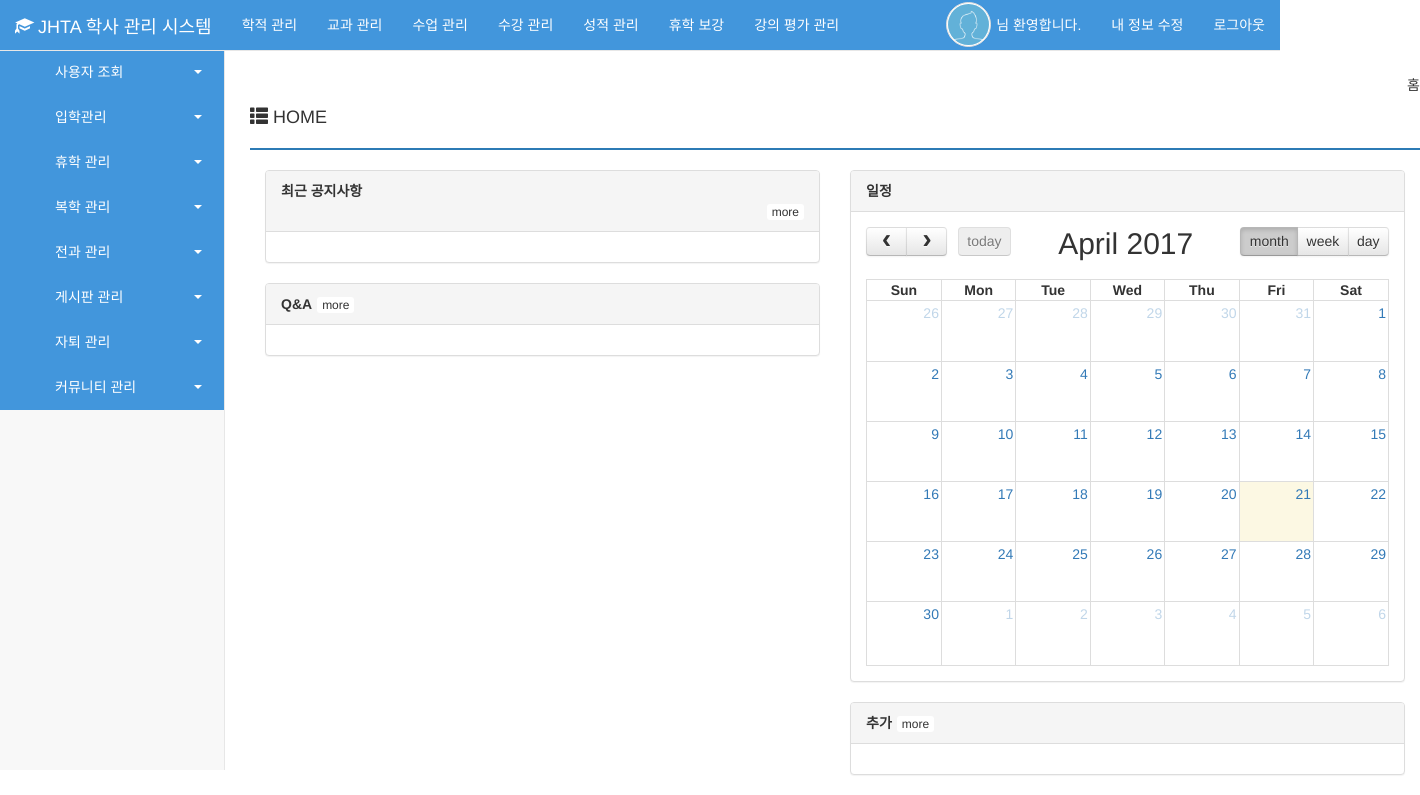
Repository: 92Hjun/spring
Page: http://localhost/spring-final/WEB-INF/views/home.jsp
An editor plug-in stored every save of this project. The page is shown before and after the next save, followed by the edit.
The browser window is 1280 px wide. The page is 1420 px wide, so the pictures cover 1420 px, including what lies to the right of the window. The pictures show the whole page.
Some web libraries are served in a nearby version. The page is served by Tomcat 9. Nobody is signed in. Other server files are loaded and not shown. The template is opened directly, without the code that normally fills it, so the values that code supplies are empty.

Above is the page before, as saved 2017-04-25 01:31:08.

### spring-final/src/main/webapp/WEB-INF/views/home.jsp
<%@ page language="java" contentType="text/html; charset=UTF-8"
    pageEncoding="UTF-8"%>
<!DOCTYPE html>
<html lang="ko">
<head>
<script src="https://ajax.googleapis.com/ajax/libs/jquery/3.1.1/jquery.min.js"></script>
<link rel="stylesheet" href="https://maxcdn.bootstrapcdn.com/bootstrap/3.3.7/css/bootstrap.min.css">
<script src="https://maxcdn.bootstrapcdn.com/bootstrap/3.3.7/js/bootstrap.min.js"></script>
  <link href="resources/fullcalendar/fullcalendar.min.css" rel="stylesheet" />
  <link href="resources/fullcalendar/fullcalendar.print.min.css" rel="stylesheet" media="print" />
  <script src="resources/fullcalendar/lib/moment.min.js"></script>
  <script src="resources/fullcalendar/lib/jquery.min.js"></script>
  <script src="resources/fullcalendar/fullcalendar.min.js"></script>
<script type="text/javascript">
$(document).ready(function() {

	$('#calendar').fullCalendar({
		header: {
			left: 'prev,next today',
			center: 'title',
			right: 'month,basicWeek,basicDay'
		},
		defaultDate: '2017-04-12',
		navLinks: true, // can click day/week names to navigate views
		editable: true,
		eventLimit: true, // allow "more" link when too many events
		events: []
	});

});
</script>
</head>
<body>
<%@ include file="/WEB-INF/views/navi/adminnavi.jsp" %>
<%@ include file="/WEB-INF/views/navi/adminSidebar.jsp" %>
	<div class="container" style="margin-left: 250px; padding-top:25px; ">
    <div class="row text-right">
         홈
      </div>
      <div class="row">
         <h4><span class="glyphicon glyphicon-th-list"></span> HOME</h4>
         <hr style="border:solid 0.5px #2C7BB5;">
      </div>
      <div class="row">
	      <div class="col-xs-6">
	      	<div class="panel panel-default">
		      	<div class="panel-heading form-inline">
					<strong>최근 공지사항</strong><div class="text-right"><span style="padding-left: 5px;"><a href="" class="btn-default btn-xs">more</a></span></div>
		        </div>
		       	<div class="panel-body">
		        </div>
	      	</div>
	      	<div class="panel panel-default">
		      	<div class="panel-heading">
					<strong>Q&amp;A</strong><span style="padding-left: 5px;"><a href="" class="btn-default btn-xs">more</a></span>
		        </div>
		       	<div class="panel-body">
		        </div>
	      	</div>
	      </div>

	      <div class="col-xs-6">
	      	<div class="panel panel-default">
		      	<div class="panel-heading">
					<strong>일정</strong>
		        </div>
		       	<div class="panel-body">
					<div id="calendar"></div>
		        </div>
      		</div>
	      	<div class="panel panel-default">
		      	<div class="panel-heading">
					<strong>추가</strong><span style="padding-left: 5px;"><a href="" class="btn-default btn-xs">more</a></span>
		        </div>
		       	<div class="panel-body">

		        </div>
      		</div>
	      </div>
      </div>
   </div>
</body>
</html>

### spring-final/src/main/webapp/WEB-INF/views/navi/adminnavi.jsp
<%@ page language="java" contentType="text/html; charset=UTF-8" pageEncoding="UTF-8"%>


 <style type="text/css">

@import url('//maxcdn.bootstrapcdn.com/font-awesome/4.4.0/css/font-awesome.min.css');

.navbar-default .navbar-nav #user-profile {
    height: 50px;
    padding-top: 15px;
    padding-left: 58px;
}

.navbar-default .navbar-nav #user-profile img {
    height: 45px;
    width: 45px;
    position: absolute;
    top: 2px;
    left: 8px;
    padding: 1px;
}

#wrapper {
    padding-top: 50px;
    padding-left: 0;
    -webkit-transition: all .5s ease;
    -moz-transition: all .5s ease;
    -o-transition: all .5s ease;
    transition: all .5s ease;
}

@media (min-width: 992px) {
    #wrapper {
        padding-left: 225px;
    }
}

@media (min-width: 992px) {
    #wrapper #sidebar-wrapper {
        width: 225px;
    }
}

#sidebar-wrapper {
    border-right: 1px solid #e7e7e7;
}

#sidebar-wrapper {
    z-index: 1000;
    position: fixed;
    left: 225px;
    width: 0;
    height: 100%;
    margin-left: -225px;
    overflow-y: auto;
    background: #f8f8f8;
    -webkit-transition: all .5s ease;
    -moz-transition: all .5s ease;
    -o-transition: all .5s ease;
    transition: all .5s ease;
}

#sidebar-wrapper .sidebar-nav {
    position: absolute;
    top: 0;
    width: 225px;
    font-size: 14px;
    margin: 0;
    padding: 0;
    list-style: none;
}

#sidebar-wrapper .sidebar-nav li {
    text-indent: 0;
    line-height: 45px;
}

#sidebar-wrapper .sidebar-nav li a {
    display: block;
    text-decoration: none;
    color: #fff;
}

#sidebar-wrapper .sidebar-nav li a .sidebar-icon {
    width: 45px;
    height: 45px;
    font-size: 14px;
    padding: 0 2px;
    display: inline-block;
    text-indent: 7px;
    margin-right: 10px;
    color: #000;
    float: left;
}

#sidebar-wrapper .sidebar-nav li a .caret {
  position: absolute;
  right: 23px;
  top: auto;
  margin-top: 20px;
}

#sidebar-wrapper .sidebar-nav li ul.panel-collapse {
    list-style: none;
    -moz-padding-start: 0;
    -webkit-padding-start: 0;
    -khtml-padding-start: 0;
    -o-padding-start: 0;
    padding-start: 0;
    padding: 0;
}

#sidebar-wrapper .sidebar-nav li ul.panel-collapse li i {
    margin-right: 10px;
}

#sidebar-wrapper .sidebar-nav li ul.panel-collapse li {
    text-indent: 15px;
}

@media (max-width: 992px) {
    #wrapper #sidebar-wrapper {
        width: 45px;
    }
    #wrapper #sidebar-wrapper #sidebar #sidemenu li ul {
        position: fixed;
        left: 45px;
        margin-top: -45px;
        z-index: 1000;
        width: 200px;
        height: 0;
    }
}

.sidebar-nav li a {
    color: #fff !important;
}
.sidebar-nav li ul li a {
	background-color: #fff !important;
	color: #0077e5 !important;
}
</style>
    <div id="navbar-wrapper">
        <header>
            <nav class="navbar navbar-default navbar-fixed-top" role="navigation" style="background-color: #4296dc;">
                <div class="container-fluid">
                    <div class="navbar-header">
                        <button type="button" class="navbar-toggle" data-toggle="collapse" data-target="#navbar-collapse">
                            <span class="sr-only">Toggle navigation</span>
                            <span class="icon-bar"></span>
                            <span class="icon-bar"></span>
                            <span class="icon-bar"></span>
                        </button>
                        <a class="navbar-brand" href="/jhta/admin/home" style="color: white;"><span class="glyphicon glyphicon-education"></span> JHTA 학사 관리 시스템</a>
                            <ul class="nav navbar-nav">
						      <li><a href="searchstud" style="color: white;">학적 관리</a></li>
						      <li><a href="semester" style="color: white;">교과 관리</a></li>
						      <li><a href="adminregstudent" style="color: white;">수업 관리</a></li>
						      <li><a href="adminregsubject" style="color: white;">수강 관리</a></li>
						      <li><a href="scorelist.do" style="color: white;">성적 관리</a></li>
						      <li><a href="supplementmakeuplesson.do" style="color: white;">휴학 보강</a></li>
						      <li><a href="scorelist.do" style="color: white;">강의 평가 관리</a></li>
    						</ul>
                    </div>

                    <div id="navbar-collapse" class="collapse navbar-collapse">
                        <ul class="nav navbar-nav navbar-right">
                        	<li><a id="user-profile" href="#"style="color: white;"><img src="/jhta/resources/images/student/PeoPleDefault.png" class="img-responsive img-thumbnail img-circle"> ${LOGIN_USER.name }님 환영합니다.</a></li>
                            <li><a href="#" style="color: white;">내 정보 수정</a></li>
                            <li><a href="/jhta/logout" style="color: white;">로그아웃</a></li>
                        </ul>
                    </div>
                </div>
            </nav>
        </header>
    </div>

### spring-final/src/main/webapp/WEB-INF/views/navi/adminSidebar.jsp
<%@ page language="java" contentType="text/html; charset=UTF-8"
    pageEncoding="UTF-8"%>
<script type="text/javascript">
$(function() {
	$("a.accordion-toggle").click(function() {
	$(".panel-collapse").not($(this)).attr("class","panel-collapse panel-switch collapse");
	});
})
</script>
	<div id="wrapper">
        <div id="sidebar-wrapper">
            <aside id="sidebar">
                <ul id="sidemenu" class="sidebar-nav" style="background-color: #4296dc;">
                    <li>
                        <a class="accordion-toggle collapsed toggle-switch" data-toggle="collapse" data-target="#submenu-2">
                            <span class="sidebar-icon"></span><span class="sidebar-title">사용자 조회</span>
                            <b class="caret"></b>
                        </a>
                        <ul id="submenu-2" class="panel-collapse collapse panel-switch" role="menu">
                            <li><a href="#"><i class="fa fa-caret-right"></i>학생 정보 조회</a></li>
                            <li><a href="#"><i class="fa fa-caret-right"></i>교수 정보 조회</a></li>
                        </ul>
                    </li>
                    <li>
                        <a class="accordion-toggle collapsed toggle-switch" data-toggle="collapse" href="#submenu-3">
                            <span class="sidebar-icon"></span><span class="sidebar-title">입학관리</span>
                            <b class="caret"></b>
                        </a>
                        <ul id="submenu-3" class="panel-collapse collapse panel-switch" role="menu">
                            <li><a href="#"><i class="fa fa-caret-right"></i>신입학 등록</a></li>
                            <li><a href="#"><i class="fa fa-caret-right"></i>신입학 조회</a></li>
                            <li><a href="#"><i class="fa fa-caret-right"></i>재입학 등록</a></li>
                            <li><a href="#"><i class="fa fa-caret-right"></i>재입학 조회</a></li>
                        </ul>
                    </li>
                    <li>
                        <a class="accordion-toggle collapsed toggle-switch" data-toggle="collapse" href="#submenu-4">
                            <span class="sidebar-icon"></span><span class="sidebar-title">휴학 관리</span>
                            <b class="caret"></b>
                        </a>
                        <ul id="submenu-4" class="panel-collapse collapse panel-switch" role="menu">
                            <li><a href="#"><i class="fa fa-caret-right"></i>휴학 신청 목록</a></li>
                            <li><a href="#"><i class="fa fa-caret-right"></i>휴학 승인 목록</a></li>
                        </ul>
                    </li>
                    <li>
                        <a class="accordion-toggle collapsed toggle-switch" data-toggle="collapse" href="#submenu-5">
                            <span class="sidebar-icon"></span><span class="sidebar-title">복학 관리</span>
                            <b class="caret"></b>
                        </a>
                        <ul id="submenu-5" class="panel-collapse collapse panel-switch" role="menu">
                            <li><a href="#"><i class="fa fa-caret-right"></i>복학 신청 목록</a></li>
                            <li><a href="#"><i class="fa fa-caret-right"></i>복학 승인 목록</a></li>
                        </ul>
                    </li>
                    <li>
                        <a class="accordion-toggle collapsed toggle-switch" data-toggle="collapse" href="#submenu-6">
                            <span class="sidebar-icon"></span><span class="sidebar-title">전과 관리</span>
                            <b class="caret"></b>
                        </a>
                        <ul id="submenu-6" class="panel-collapse collapse panel-switch" role="menu">
                            <li><a href="#"><i class="fa fa-caret-right"></i>전체 전과 내역 조회</a></li>
                            <li><a href="#"><i class="fa fa-caret-right"></i>전과 신청 목록</a></li>
                            <li><a href="#"><i class="fa fa-caret-right"></i>전과 승인 목록</a></li>
                        </ul>
                    </li>
                    <li>
                        <a class="accordion-toggle collapsed toggle-switch" data-toggle="collapse" href="#submenu-7">
                            <span class="sidebar-icon"></span><span class="sidebar-title">게시판 관리</span>
                            <b class="caret"></b>
                        </a>
                        <ul id="submenu-7" class="panel-collapse collapse panel-switch" role="menu">
                            <li><a href="homeboard"><i class="fa fa-caret-right"></i>홈페이지 게시판 관리</a></li>
                            <li><a href="board"><i class="fa fa-caret-right"></i>전체 공지관리</a></li>
                        </ul>
                    </li>
                    <li>
                        <a class="accordion-toggle collapsed toggle-switch" data-toggle="collapse" href="#submenu-8">
                            <span class="sidebar-icon"></span><span class="sidebar-title">자퇴 관리</span>
                            <b class="caret"></b>
                        </a>
                        <ul id="submenu-8" class="panel-collapse collapse panel-switch" role="menu">
                            <li><a href="#"><i class="fa fa-caret-right"></i>자퇴 신청 목록</a></li>
                            <li><a href="#"><i class="fa fa-caret-right"></i>자퇴 승인 목록</a></li>
                        </ul>
                    </li>
                    <li>
                        <a class="accordion-toggle collapsed toggle-switch" data-toggle="collapse" href="#submenu-9">
                            <span class="sidebar-icon"></span><span class="sidebar-title">커뮤니티 관리</span>
                            <b class="caret"></b>
                        </a>
                        <ul id="submenu-9" class="panel-collapse collapse panel-switch" role="menu">
                            <li><a href="../adminrecmessagebox"><i class="fa fa-caret-right"></i>쪽지 관리</a></li>
                            <li><a href="#"><i class="fa fa-caret-right"></i>메일 관리</a></li>
                        </ul>
                    </li>
                </ul>
            </aside>
        </div>
    </div>

Loaded but not shown: spring-final/src/main/webapp/resources/fullcalendar/fullcalendar.min.css (library); spring-final/src/main/webapp/resources/fullcalendar/lib/moment.min.js (library); spring-final/src/main/webapp/resources/fullcalendar/lib/jquery.min.js (library); spring-final/src/main/webapp/resources/fullcalendar/fullcalendar.min.js (library); spring-final/src/main/webapp/resources/fullcalendar/fullcalendar.print.min.css (common file)

After the next save:
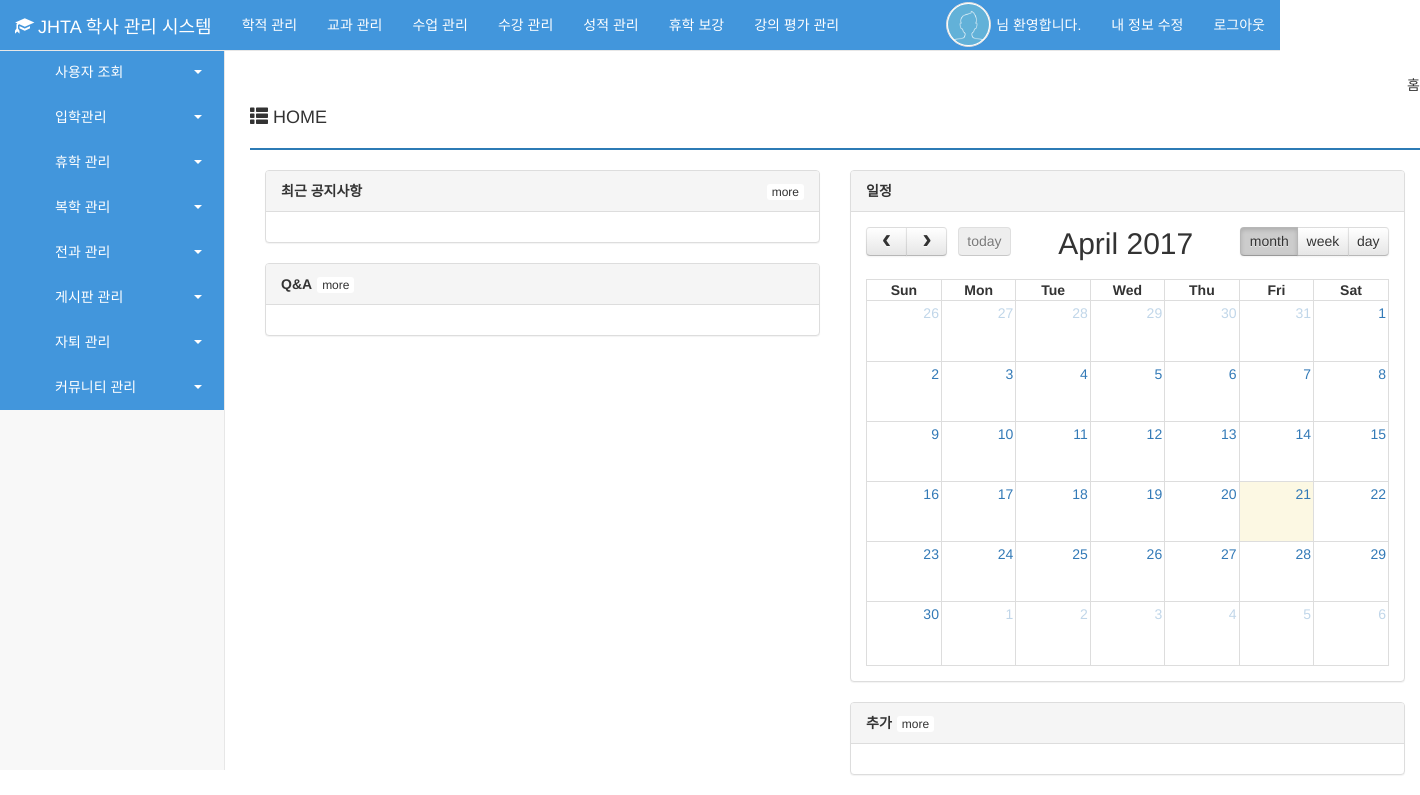
Saved 10 s later.
--- a/spring-final/src/main/webapp/WEB-INF/views/home.jsp
+++ b/spring-final/src/main/webapp/WEB-INF/views/home.jsp
@@ -45,7 +45,7 @@ $(document).ready(function() {
 	      <div class="col-xs-6">
 	      	<div class="panel panel-default">
 		      	<div class="panel-heading form-inline">
-					<strong>최근 공지사항</strong><div class="text-right"><span style="padding-left: 5px;"><a href="" class="btn-default btn-xs">more</a></span></div>
+					<strong>최근 공지사항</strong><div class="pull-right"><span style="padding-left: 5px;"><a href="" class="btn-default btn-xs">more</a></span></div>
 		        </div>
 		       	<div class="panel-body">
 		        </div>
